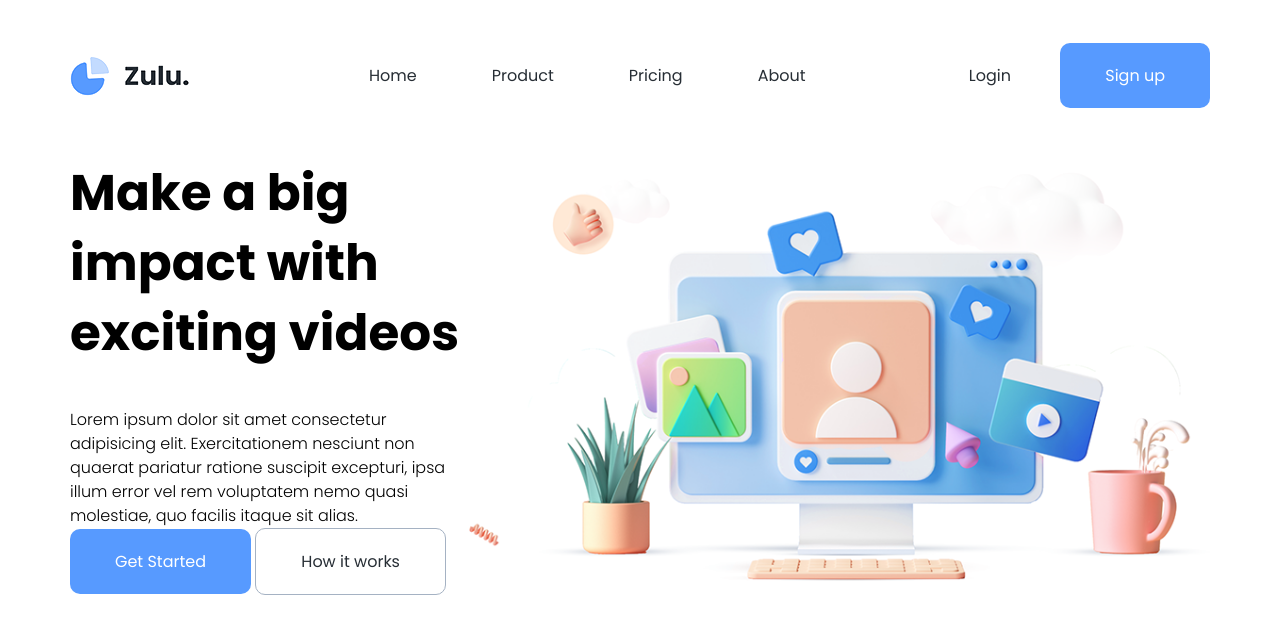
Repository: baodien1405/zulu-landing-page
Page: index.html
These files come from the project's save history. The page is drawn as it stood at one moment and after the next save; the edit follows.
The browser window is 1280 px wide. The pictures show the whole page.
The style sheet was rebuilt from its Sass, Less or Tailwind sources for each picture, by a compiler version that may differ from the author's.

Above is the page before, as saved 2021-06-22 15:50:14.

After the next save:
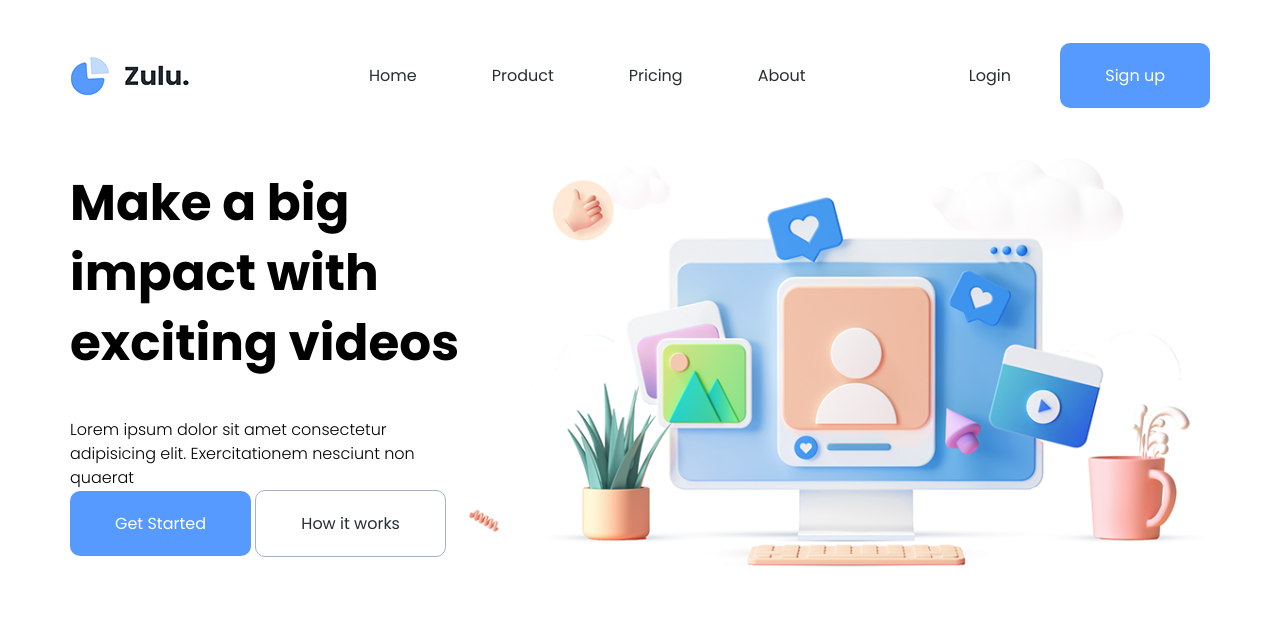
Saved 11 s later.
--- a/index.html
+++ b/index.html
@@ -42,7 +42,7 @@
             Make a big impact with exciting videos
           </h1>
           <p class="banner-desc">
-            Lorem ipsum dolor sit amet consectetur adipisicing elit. Exercitationem nesciunt non quaerat pariatur ratione suscipit excepturi, ipsa illum error vel rem voluptatem nemo quasi molestiae, quo facilis itaque sit alias.
+            Lorem ipsum dolor sit amet consectetur adipisicing elit. Exercitationem nesciunt non quaerat
           </p>
           <div class="banner-links">
             <a href="#" class="button button--primary">Get Started</a>
